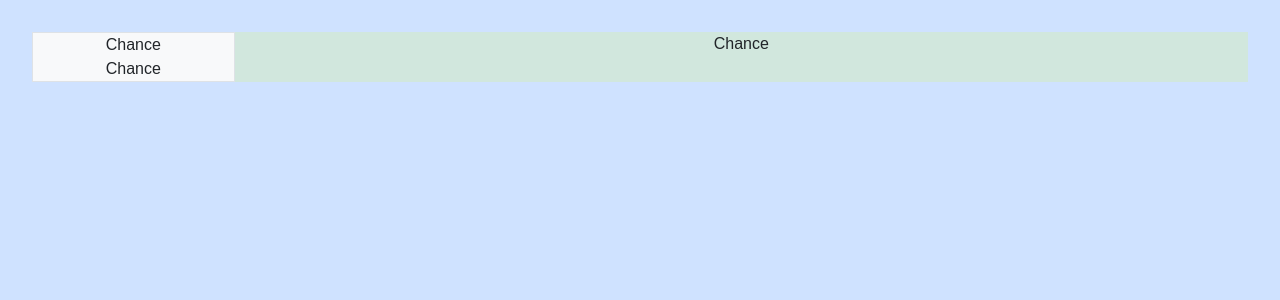
Repository: chancellor-w-whitaker/bec-tab
Page: /
An editor plug-in stored every save of this project. The page is shown before and after the next save, followed by the edit.
The browser window is 1280 px wide. The pictures show the whole page.
Some web fonts or font styles are not loaded; a fallback is used. The project was rebuilt for these pictures with package versions that can differ from the ones it lists, and the page was loaded fresh each time. Also part of the build but not shown: vite.config.js.

Above is the page before, as saved 2024-01-07 00:21:14.

After the next save:
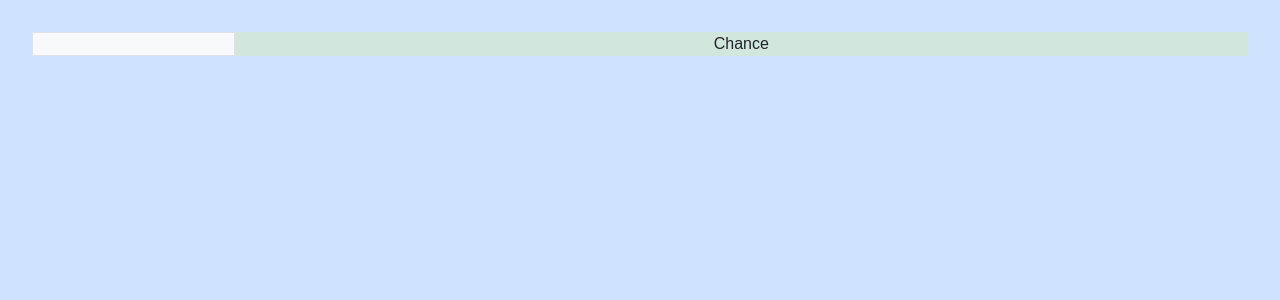
Saved 2 min 19 s later.
--- a/src/App.jsx
+++ b/src/App.jsx
@@ -38,8 +38,10 @@
     <div className="container-fluid">
       <div className="row">
         <div className="sidebar border border-right col-md-3 col-lg-2 p-0 bg-body-tertiary">
-          <div>Chance</div>
-          <div>Chance</div>
+          <div className="d-flex flex-column">
+            <div></div>
+            <div></div>
+          </div>
         </div>
         <div className="col-md-9 ms-sm-auto col-lg-10 px-md-4 bg-success-subtle">
           Chance

After the save that followed:
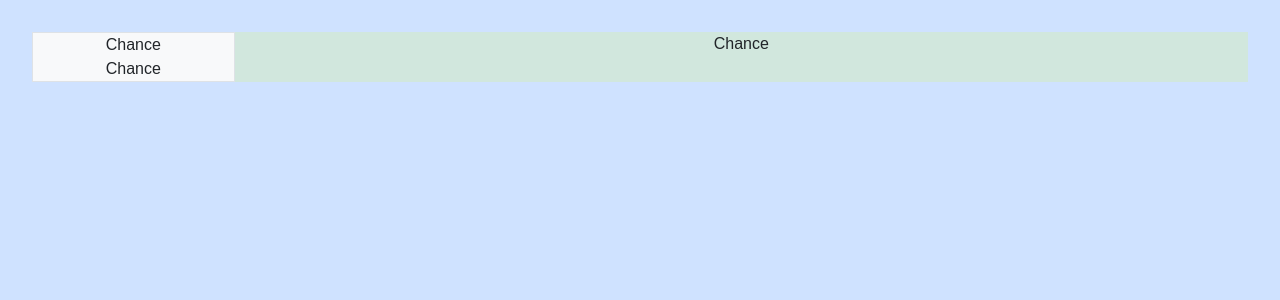
Saved 16 s later.
--- a/src/App.jsx
+++ b/src/App.jsx
@@ -39,8 +39,8 @@
       <div className="row">
         <div className="sidebar border border-right col-md-3 col-lg-2 p-0 bg-body-tertiary">
           <div className="d-flex flex-column">
-            <div></div>
-            <div></div>
+            <div>Chance</div>
+            <div>Chance</div>
           </div>
         </div>
         <div className="col-md-9 ms-sm-auto col-lg-10 px-md-4 bg-success-subtle">
